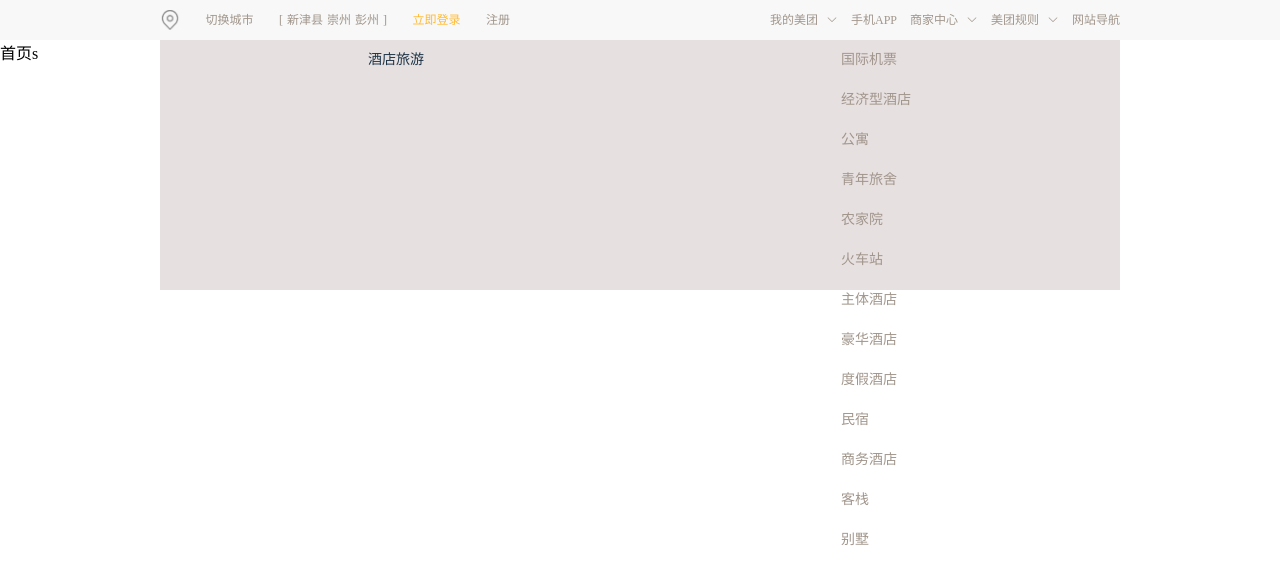
Repository: Wu-Tong-Xian/EasyMeituan
Page: /
An editor plug-in stored every save of this project. The page is shown before and after the next save, followed by the edit.
The browser window is 1280 px wide. The pictures show the whole page.
The page's requests for data from a server got no answer. The project was rebuilt for these pictures with package versions that can differ from the ones it lists, and the page was loaded fresh each time. No one was signed in, and anything a server would have sent is missing. Also part of the build but not shown: vue.config.js.

Above is the page before, as saved 2020-08-20 15:49:58.

After the next save:
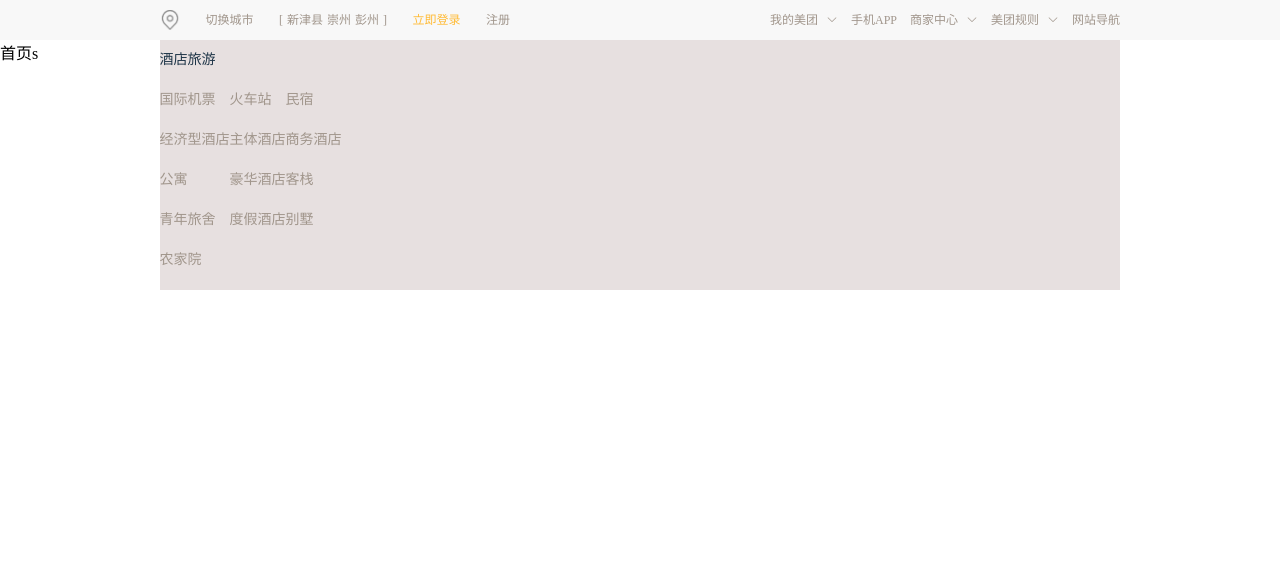
Saved 18 s later.
--- a/src/views/layout/layout.vue
+++ b/src/views/layout/layout.vue
@@ -68,9 +68,9 @@
           <div class="h-hover nav">网站导航</div>
           <!-- 网站导航 鼠标移入的样式 -->
           <div class="navigation">
-            <div class="fl fz14 colg j-around">
+            <div class="fz14 colg">
               <div class="colb">酒店旅游</div>
-              <div class="">
+              <div class="fl">
                 <div class="box1">
                   <div>国际机票</div>
                   <div>经济型酒店</div>
